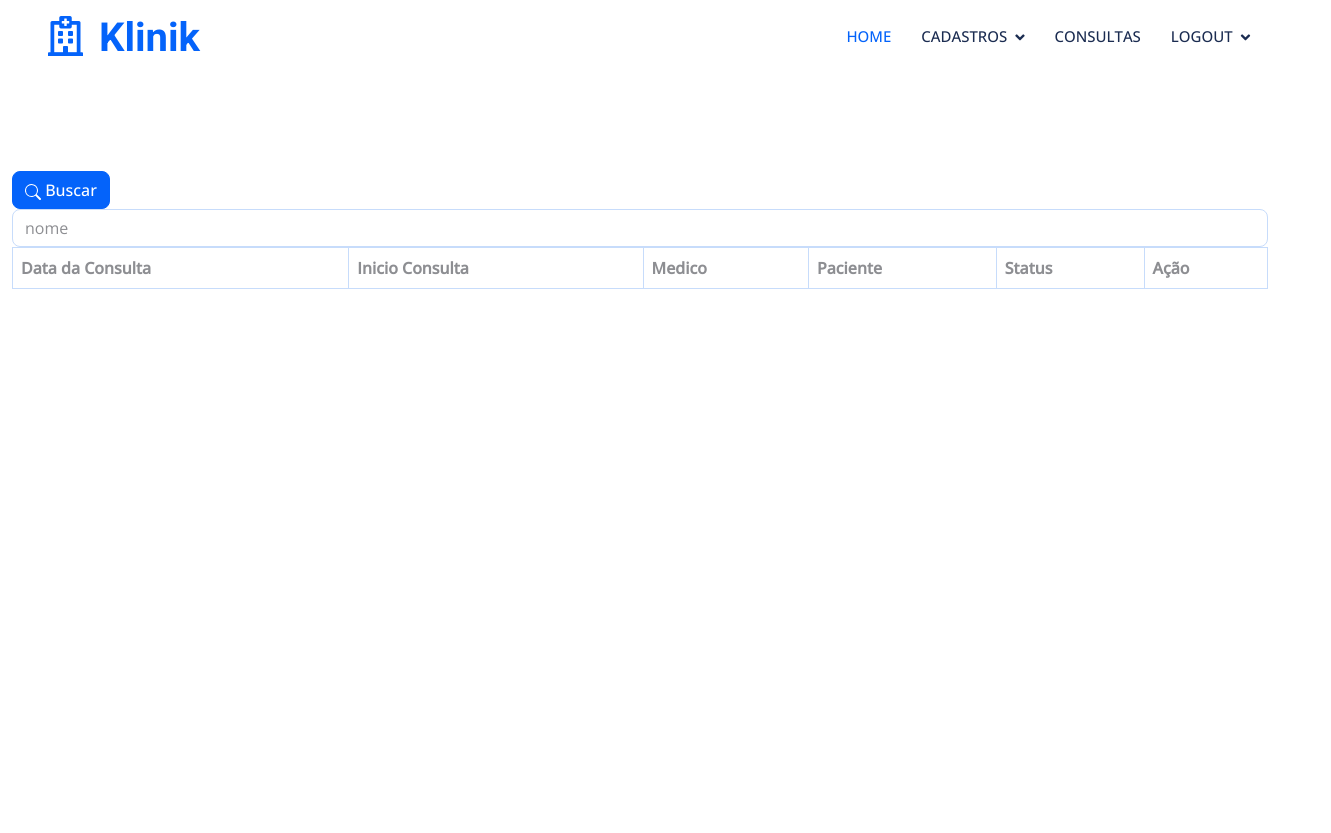
Repository: henrickrufino91/AgendaConsultas
Page: http://localhost/consulta/listarConsultas
The author's editor kept a copy of each file at every save. The page is drawn from the files as they stood at one save, then again after the next save.
The browser window is 1280 px wide. The page is 1331 px wide, so the pictures cover 1331 px, including what lies to the right of the window. The pictures show the whole page.
Some web libraries are served in a nearby version. The page is this project's Thymeleaf template; nobody is signed in. The template is opened directly, without the code that normally fills it, so the values that code supplies are empty.

Above is the page before, as saved 2024-12-26 18:01:40.

After the next save:
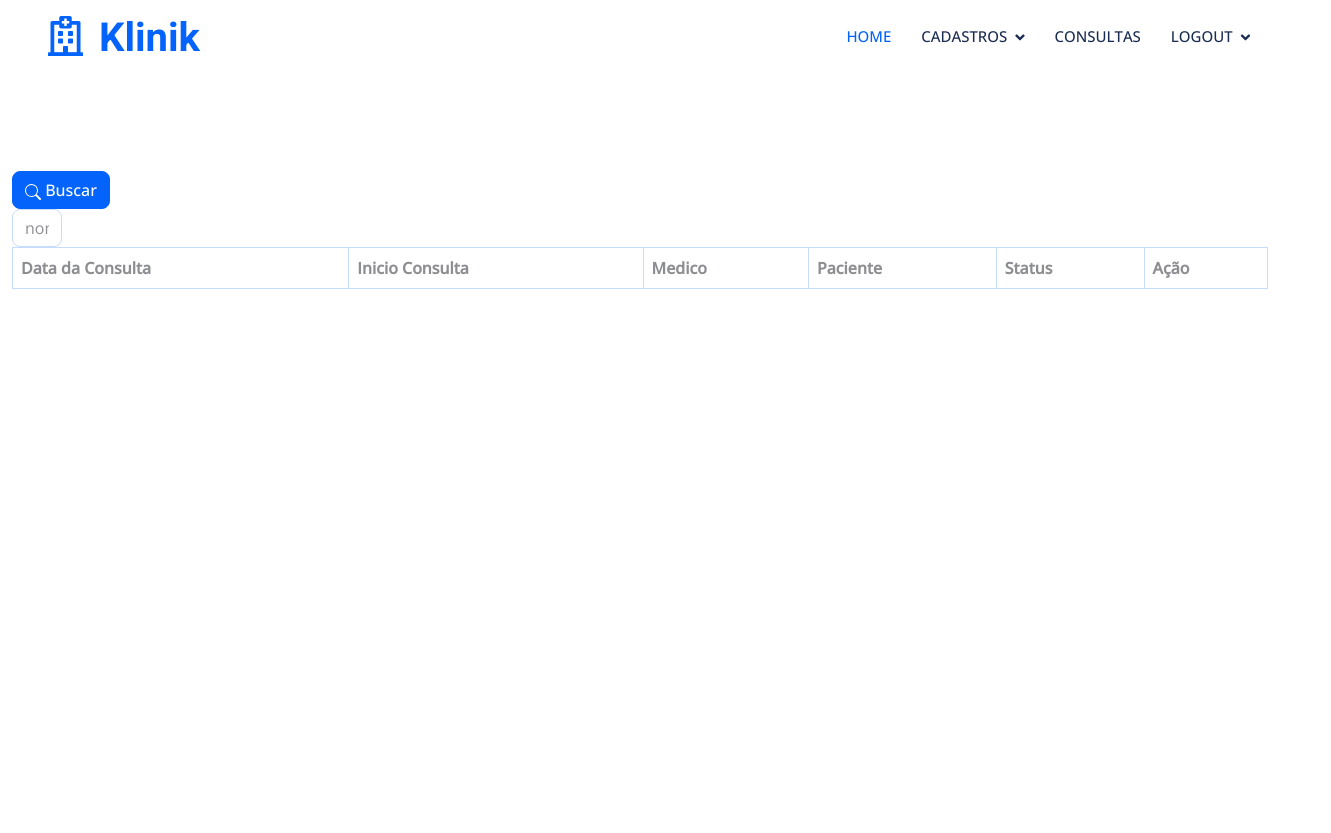
Saved 4 s later.
--- a/clinica/src/main/resources/templates/consulta/listarConsultas.html
+++ b/clinica/src/main/resources/templates/consulta/listarConsultas.html
@@ -107,7 +107,7 @@
   											<path d="M11.742 10.344a6.5 6.5 0 1 0-1.397 1.398h-.001q.044.06.098.115l3.85 3.85a1 1 0 0 0 1.415-1.414l-3.85-3.85a1 1 0 0 0-.115-.1zM12 6.5a5.5 5.5 0 1 1-11 0 5.5 5.5 0 0 1 11 0"/>
 											</svg> Buscar</a>
 
-      <input class="form-control" value="nome" id="inputEmail" type="text" style="wiwidth: 50px" />
+      <input class="form-control" value="nome" id="inputEmail" type="text" style="width: 50px" />
 
        <table class="table table-bordered table-hover">
 
